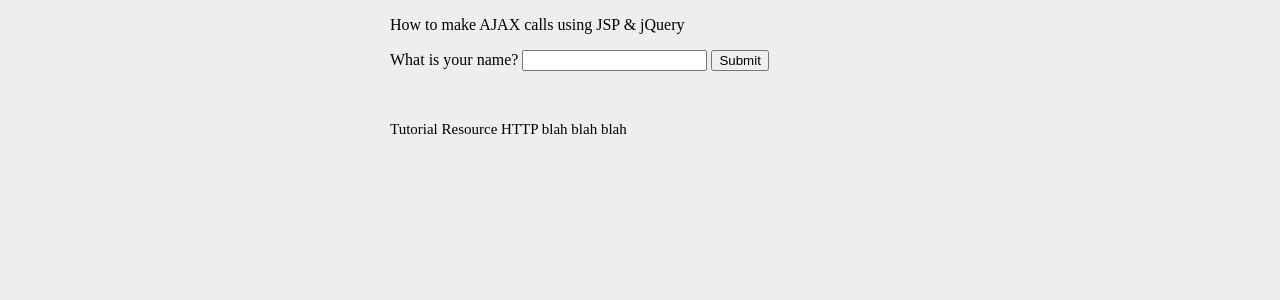
Repository: WillLiang918/Portfolio
Page: http://localhost/Task_Manager/index2.jsp
These files come from the project's save history. The page is drawn as it stood at one moment and after the next save; the edit follows.
The browser window is 1280 px wide. The pictures show the whole page.
The page is served by Tomcat 9.

Above is the page before, as saved 2015-07-22 02:46:00.

After the next save:
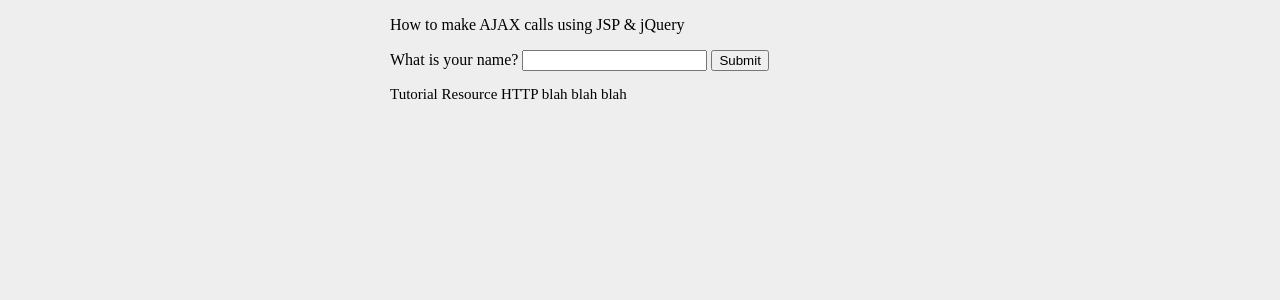
Saved 3 min 30 s later.
--- a/Task_Manager/WebContent/css/basic.css
+++ b/Task_Manager/WebContent/css/basic.css
@@ -15,5 +15,5 @@ p.small{
 }
 
 p#displayName {
-	display: none:
+	display: none;
 }
